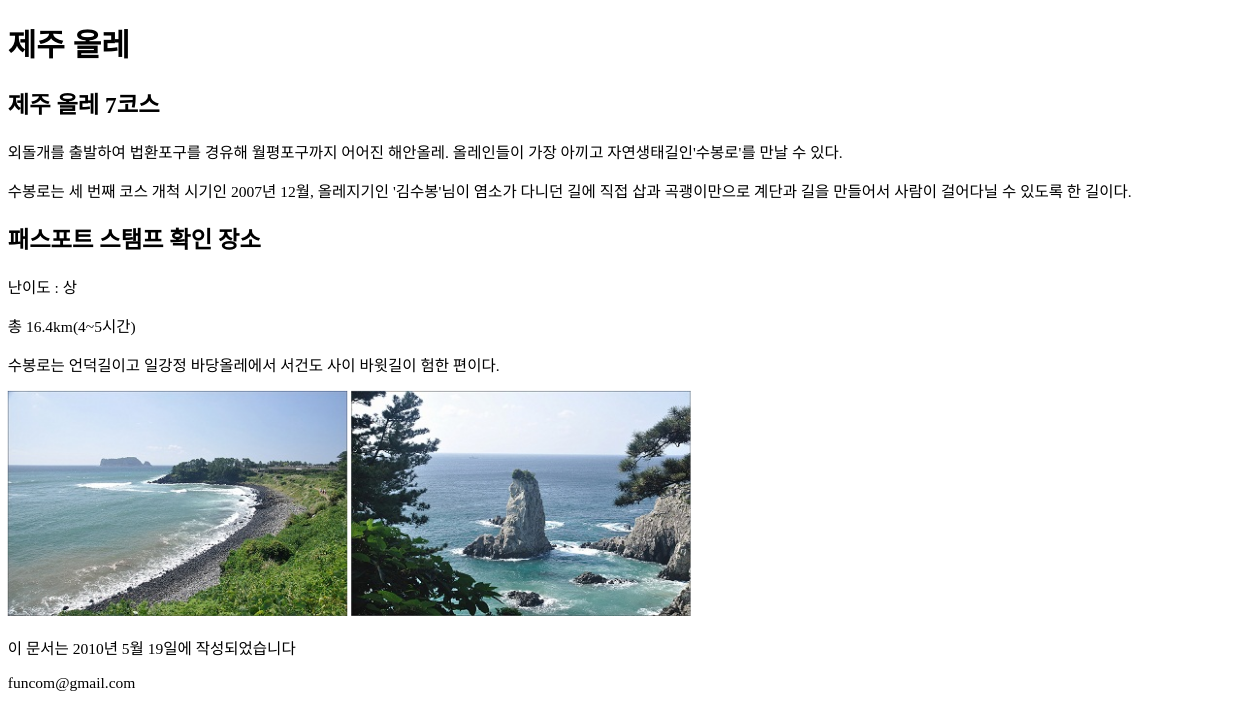
Repository: WonSeungUn/VSCODE
Page: web_work/Html/WebContent/sample2.html
These files come from the project's save history. The page is drawn as it stood at one moment and after the next save; the edit follows.
The browser window is 1280 px wide. The pictures show the whole page, at 97% of full size.

Above is the page before, as saved 2024-07-08 07:33:20.

After the next save:
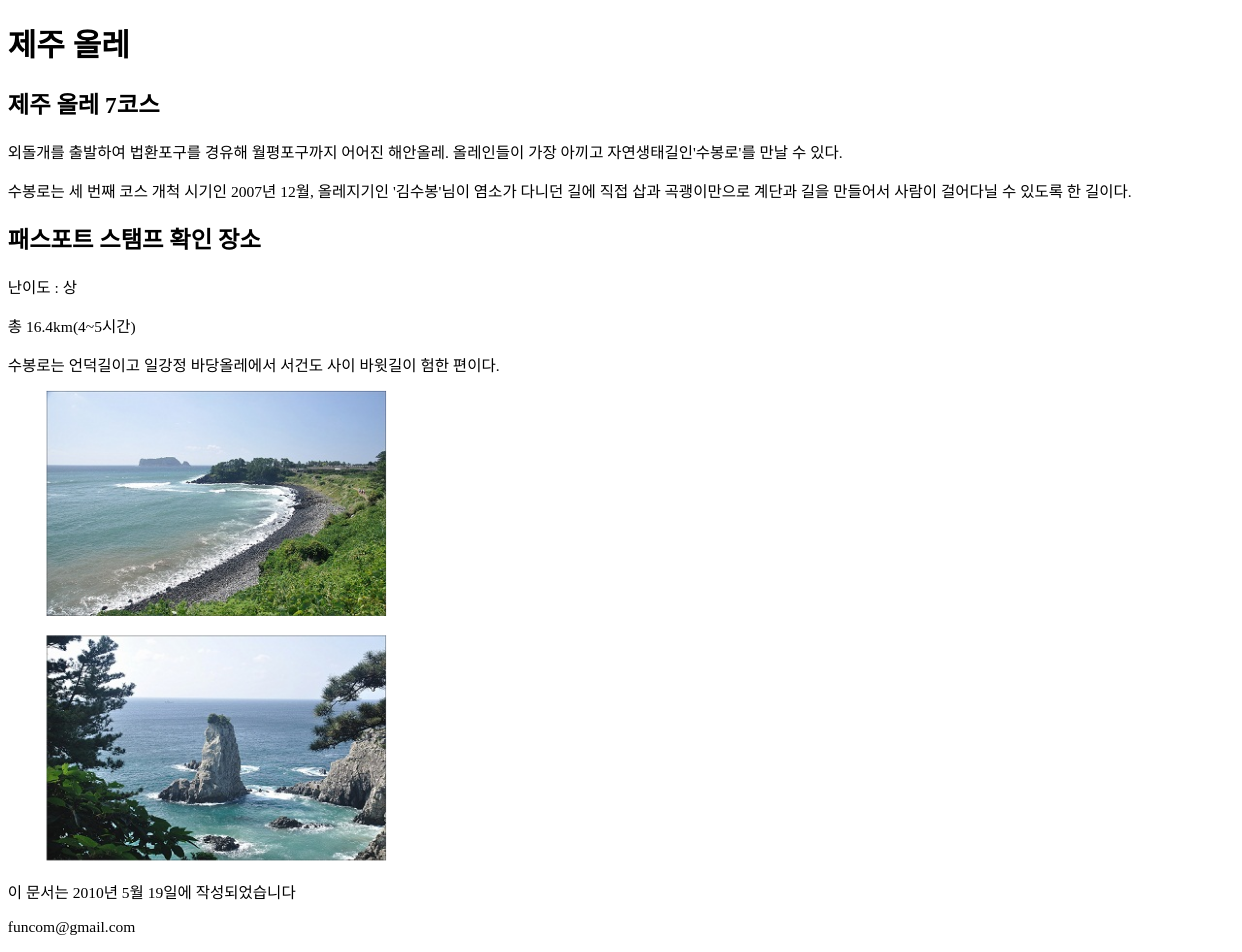
Saved 77 s later.
--- a/web_work/Html/WebContent/sample2.html
+++ b/web_work/Html/WebContent/sample2.html
@@ -45,14 +45,20 @@
 			<p>총 16.4km(4~5시간)</p>
 			<p>수봉로는 언덕길이고 일강정 바당올레에서 서건도 사이 바윗길이 험한 편이다.</p>
 		</div>
+ 	</article>
 
- 	</article>
-    <img src="images/road1.jpg">
-
-
-    <img src="images/road2.jpg">
-    </section>
-    </article>
+ 	<div>
+    <figure>
+		<figcaption>
+    		<img src="images/road1.jpg">
+    	</figcaption>
+     </figure>
+    <figure>
+		<figcaption>
+    		<img src="images/road2.jpg">
+    	</figcaption>
+     </figure>
+	</div>
 
 	<footer>
 		<p>이 문서는 <time datetime="2010-05-19">2010년 5월 19일</time>에 작성되었습니다</p>
